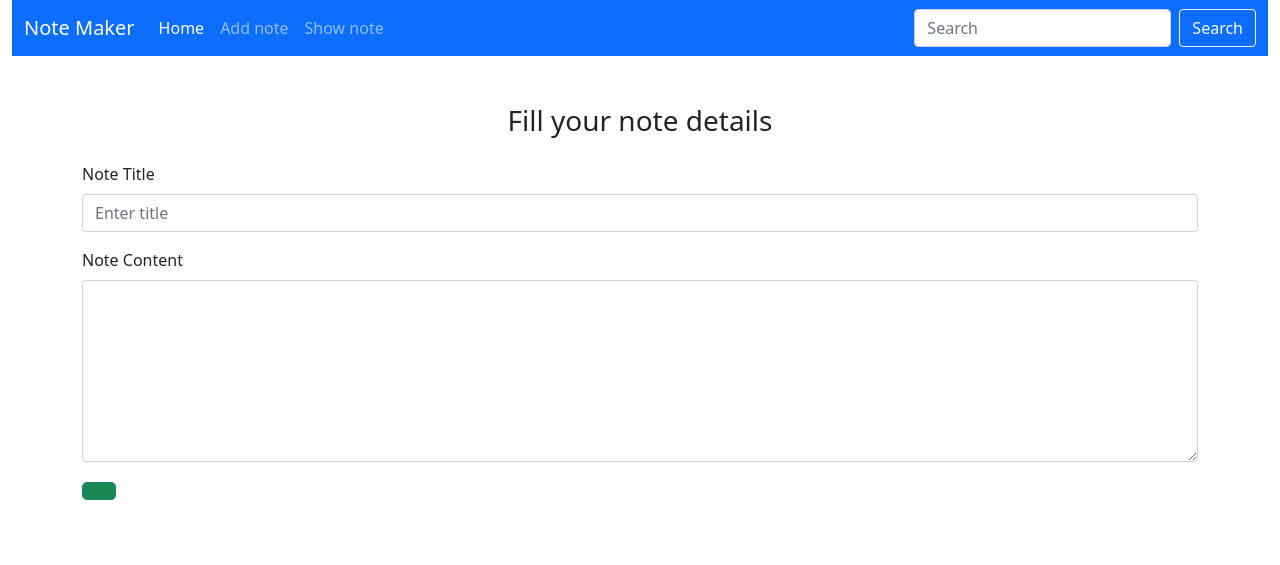
Repository: sachin1830/hibernateproject
Page: http://localhost/com.todolist/update_data.jsp
An editor plug-in stored every save of this project. The page is shown before and after the next save, followed by the edit.
The browser window is 1280 px wide. The pictures show the whole page.
Some web libraries are served in a nearby version. The page is served by Tomcat 9.

Above is the page before, as saved 2021-01-23 04:09:48.

After the next save:
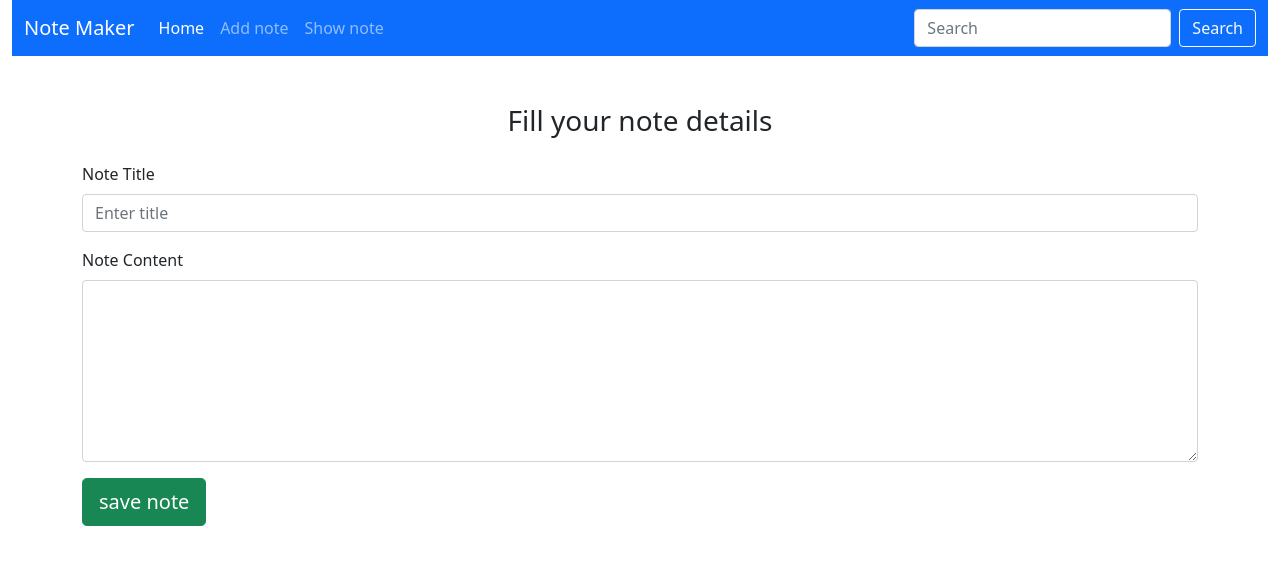
Saved 6 s later.
--- a/com.todolist/src/main/webapp/update_data.jsp
+++ b/com.todolist/src/main/webapp/update_data.jsp
@@ -36,7 +36,7 @@
 				<textarea class="form-control" id="exampleFormControlTextarea1"
 					rows="7" name="content" required></textarea>
 			</div>
-			<button type="submit" class="btn btn-success btn-lg"></button>
+			<button type="submit" class="btn btn-success btn-lg">save note</button>
 		</form>
 	</div>
 
